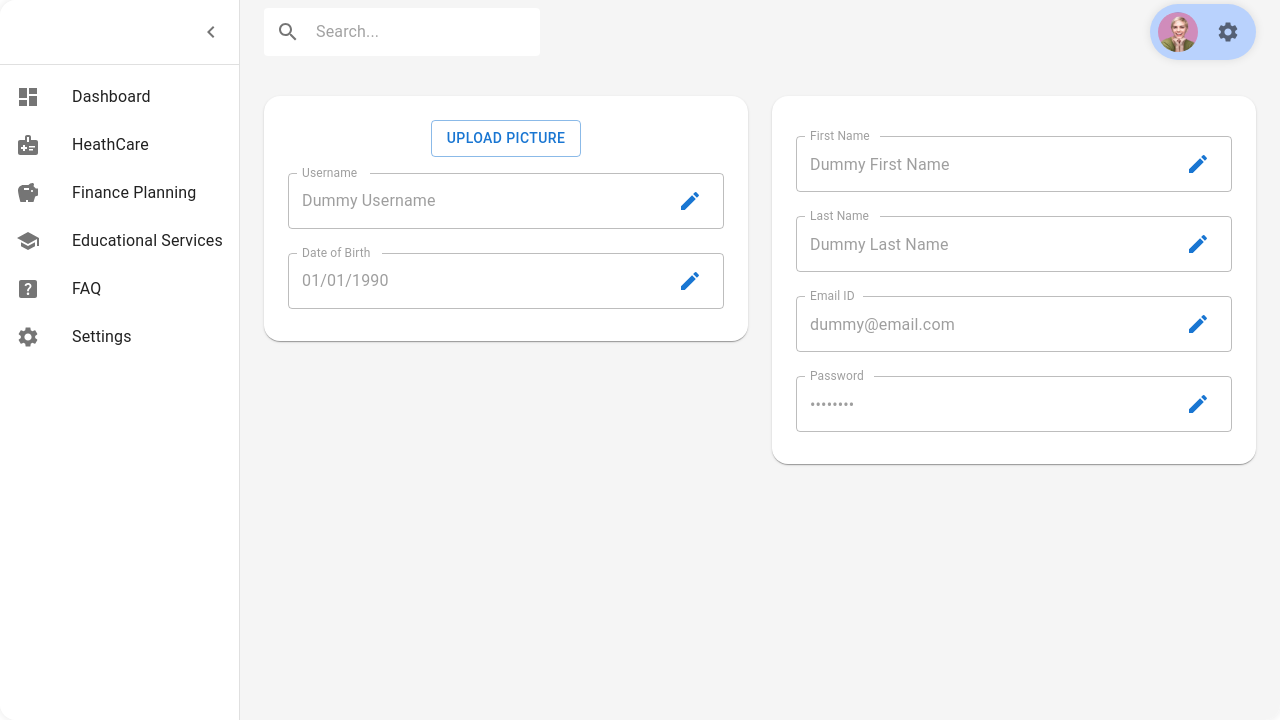
Repository: shubhampirate/TIAA_Retirement_hackathon
Page: /
The author's editor kept a copy of each file at every save. The page is drawn from the files as they stood at one save, then again after the next save.
The browser window is 1280 px wide. The pictures show the whole page.
The project was rebuilt for these pictures with package versions that can differ from the ones it lists, and the page was loaded fresh each time. Also part of the build but not shown: src/Components/CustomButton.jsx, src/Components/Navbar.jsx, src/Components/Properties.jsx, src/Components/Footer.jsx, src/Components/Hero.jsx, src/pages/Sign_In.jsx, src/Components/GaugeChart.jsx, src/Components/Deposits.jsx and 2 more.

Above is the page before, as saved 2023-11-15 20:06:12.

After the next save:
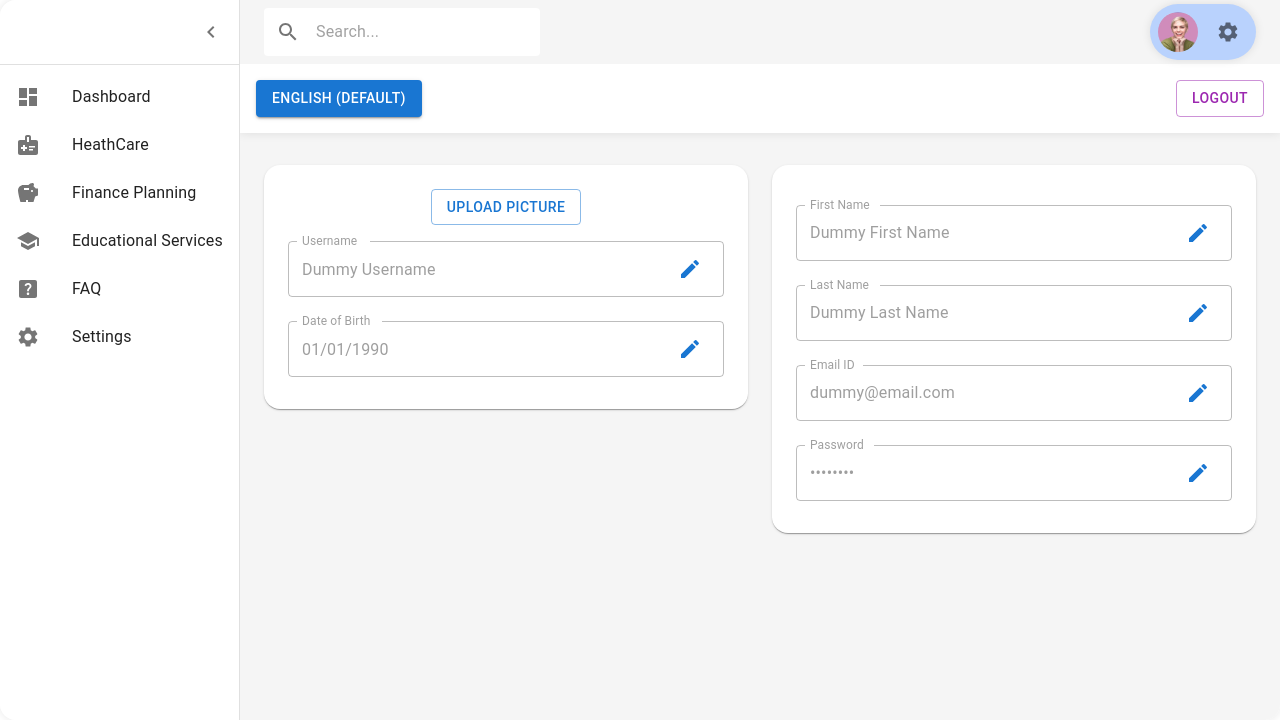
Saved 78 s later.
--- a/src/Components/Health.jsx
+++ b/src/Components/Health.jsx
@@ -273,7 +273,28 @@ export default function Health() {
         >
           <Toolbar />
           {/* </Container> */}
+
+
           {/* Start Here */}
+          <Box
+    sx={{
+      display: 'flex',
+      justifyContent: 'space-between',
+      alignItems: 'center',
+      padding: '16px',
+      backgroundColor: '#fff',
+      boxShadow: '0px 0px 10px rgba(0, 0, 0, 0.1)',
+    }}
+  >
+    {/* Language Button */}
+    <Button variant="contained" color="primary">
+      English (default)
+    </Button>
+    {/* Logout Button */}
+    <Button variant="outlined" color="secondary">
+      Logout
+    </Button>
+  </Box>
           <Container sx={{ mt: 4 }}>
         <Grid container spacing={3}>
           {/* Single Column for Upload Picture, Username, and DOB */}
